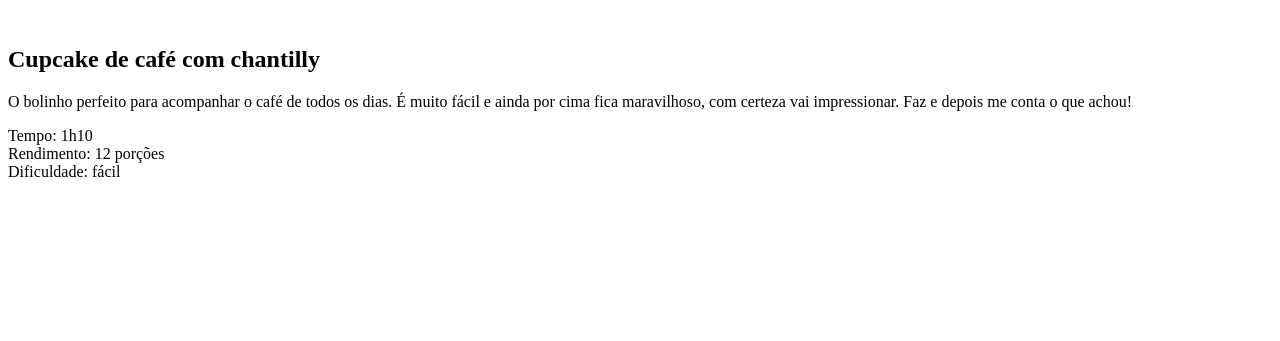
Repository: mati3110/full-stack
Page: Projeto_Receitas/index.html
An editor plug-in stored every save of this project. The page is shown before and after the next save, followed by the edit.
The browser window is 1280 px wide. The pictures show the whole page.

Above is the page before, as saved 2025-02-27 13:58:09.

After the next save:
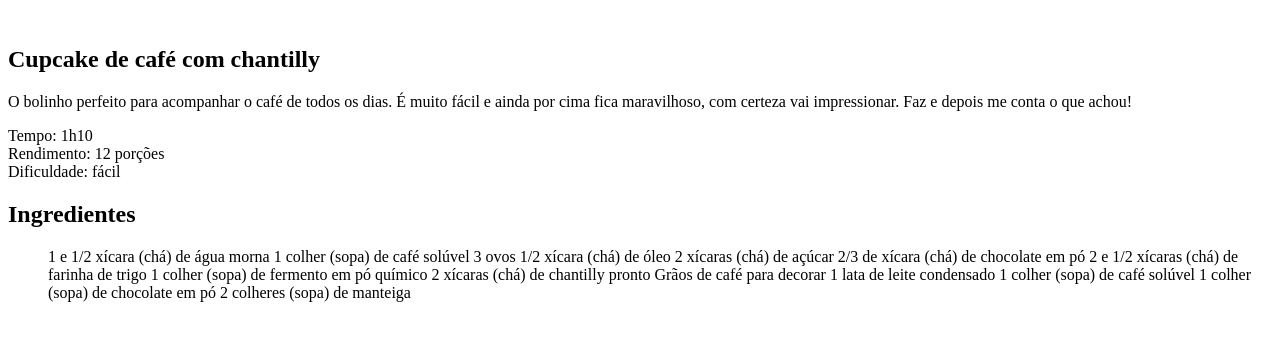
Saved 3 min 6 s later.
--- a/Projeto_Receitas/index.html
+++ b/Projeto_Receitas/index.html
@@ -22,9 +22,22 @@
                     </p>
                 </section>
                 <section id="ingredients">
-                    <h2></h2>
+                    <h2>Ingredientes</h2>
                     <ol>
-
+                        1 e 1/2 xícara (chá) de água morna
+                        1 colher (sopa) de café solúvel
+                        3 ovos
+                        1/2 xícara (chá) de óleo
+                        2 xícaras (chá) de açúcar
+                        2/3 de xícara (chá) de chocolate em pó
+                        2 e 1/2 xícaras (chá) de farinha de trigo
+                        1 colher (sopa) de fermento em pó químico
+                        2 xícaras (chá) de chantilly pronto
+                        Grãos de café para decorar
+                        1 lata de leite condensado
+                        1 colher (sopa) de café solúvel
+                        1 colher (sopa) de chocolate em pó
+                        2 colheres (sopa) de manteiga
                     </ol>
                 </section>
                 <section id="preparation"></section>
